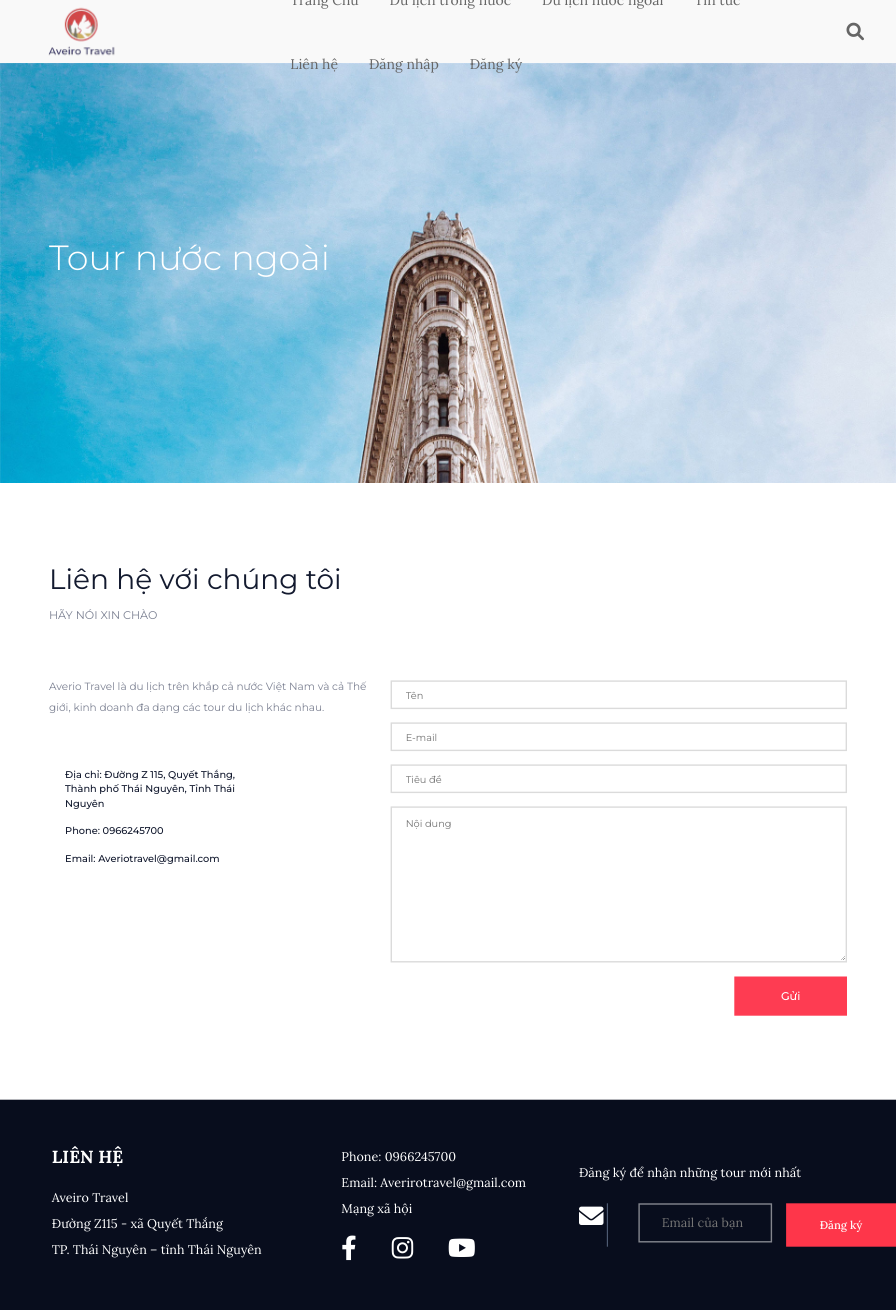
Repository: tuan842001/demotest
Page: /contact
The author's editor kept a copy of each file at every save. The page is drawn from the files as they stood at one save, then again after the next save.
The browser window is 1280 px wide. The pictures show the whole page, at 70% of full size.
The project was rebuilt for these pictures with package versions that can differ from the ones it lists, and the page was loaded fresh each time. Also part of the build but not shown: src/components/header/HeaderHome.jsx, src/components/top/top.css, src/components/post/post.css, src/components/post/Post.jsx, src/components/intourPost/intourPost.css, src/components/intourPost/IntourPost.jsx, src/components/posts/posts.css, src/components/posts/Posts.jsx and 20 more.

Above is the page before, as saved 2021-10-16 20:04:50.

After the next save:
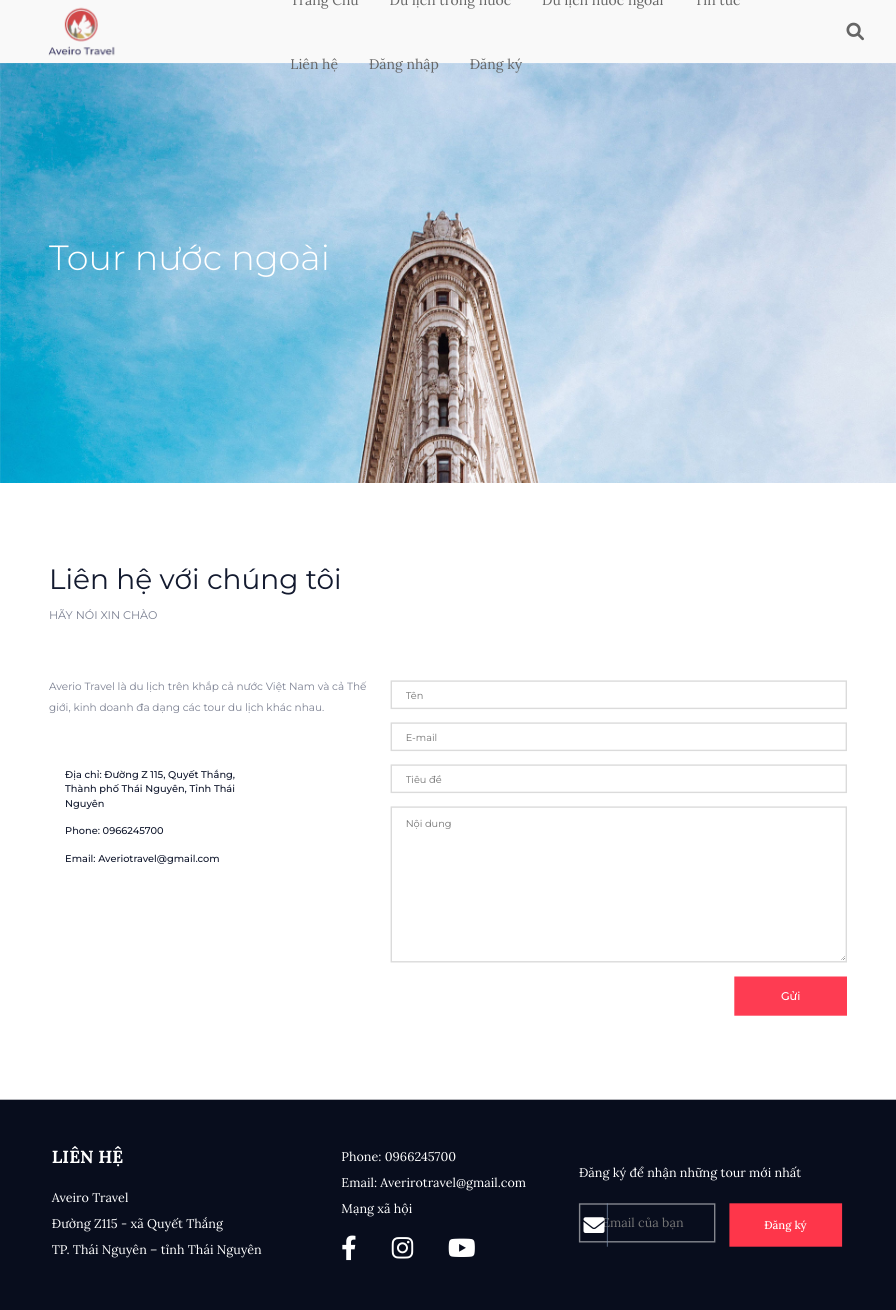
Saved 105 s later.
--- a/src/components/bottombar/bottombar.css
+++ b/src/components/bottombar/bottombar.css
@@ -57,9 +57,14 @@
     border-right: 1px solid #7d8fab;
 }
 .bottomSubscribe i{
-    font-size: 35px;
-    margin-right: 50px;
+    font-size: 30px;
     cursor: pointer;
+    position: absolute;
+    top: 50%;
+    right: 92%;
+    transform: translateY(-50%);
+    z-index: 1;
+    pointer-events: none;
 }
 .bottom_input{
     width: calc(65% - 100px);
